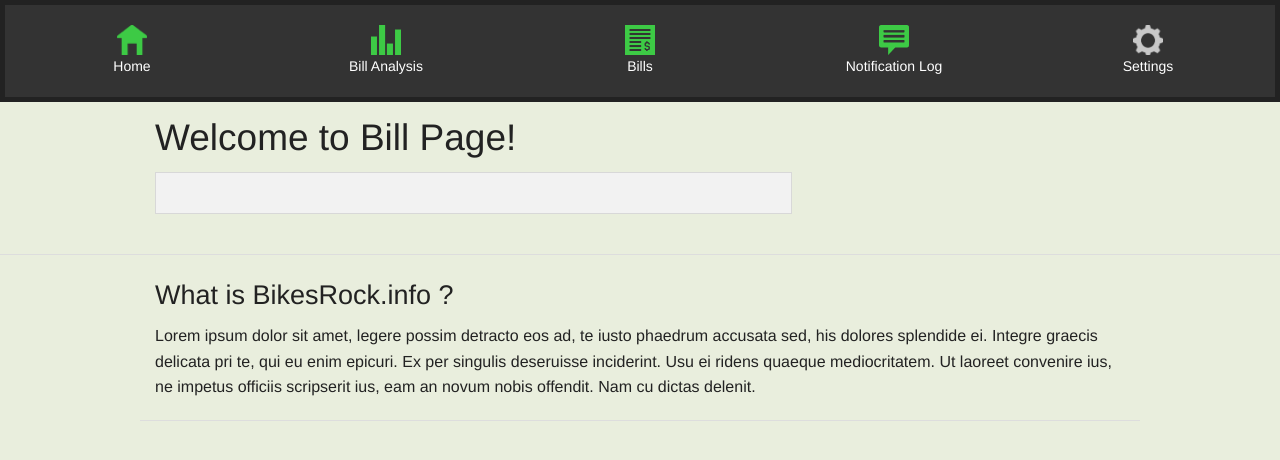
Repository: jcskillings/paidit
Page: billaccounts.html
The author's editor kept a record of every edit. The page is drawn from the files as they stood at one moment, then again after the next edit.
The browser window is 1280 px wide. The pictures show the whole page.

Above is the page before.

After the next edit:
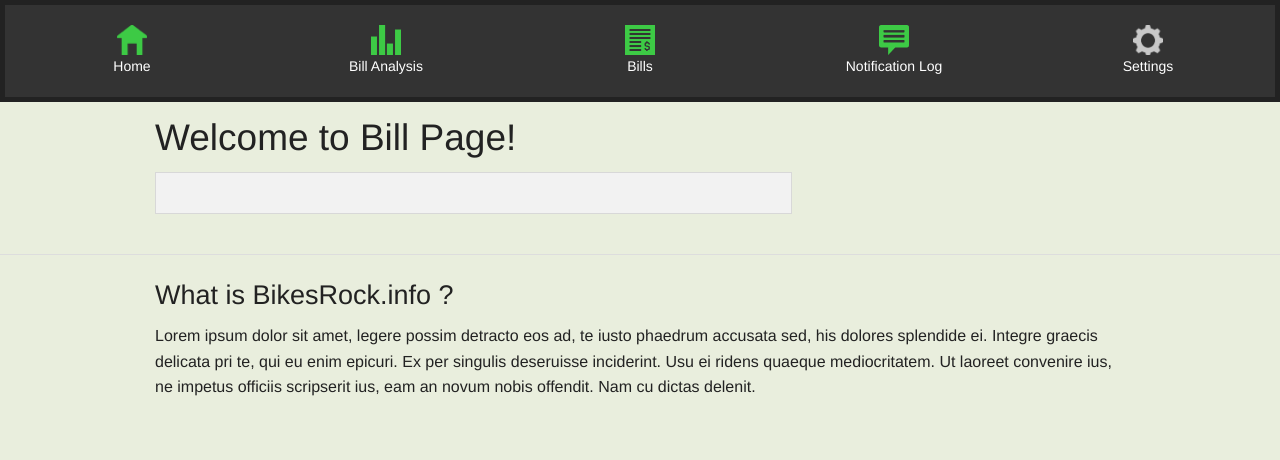
The edit:
--- a/billaccounts.html
+++ b/billaccounts.html
@@ -76,7 +76,7 @@
 
     </div>
 
-    <hr />
+
 
     <div class="row">
 
